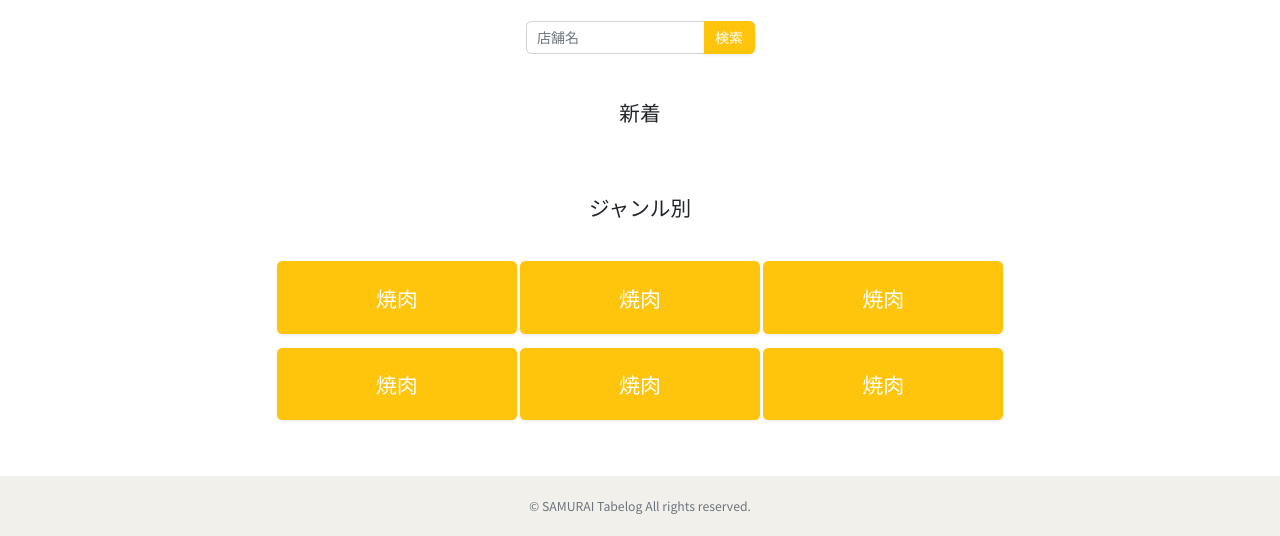
Repository: Mofu-Ya/springboot-tabelog-kadai
Page: http://localhost/index
An editor plug-in stored every save of this project. The page is shown before and after the next save, followed by the edit.
The browser window is 1280 px wide. The pictures show the part of the page from y = 373 to 909 px (the page is 909 px tall).
The page is this project's Thymeleaf template; nobody is signed in. The template is opened directly, without the code that normally fills it, so the values that code supplies are empty.

Above is the page before, as saved 2025-01-18 04:30:59.

After the next save:
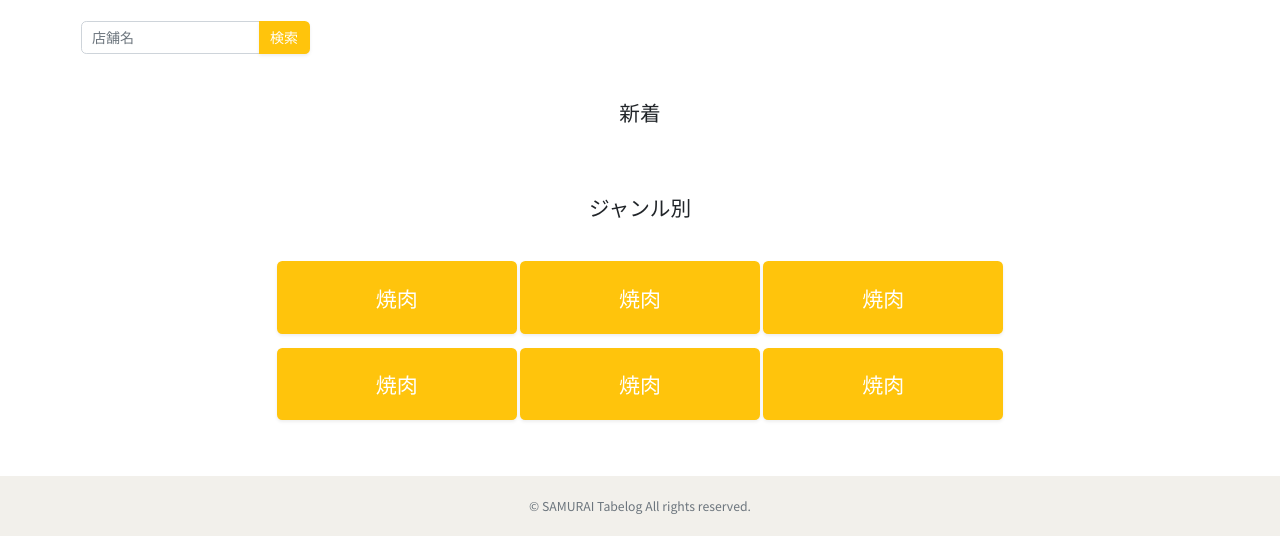
Saved 31 s later.
--- a/kadai_002/samuraitabelog/src/main/resources/templates/index.html
+++ b/kadai_002/samuraitabelog/src/main/resources/templates/index.html
@@ -34,7 +34,7 @@
 
 
 
-                     <div class="d-flex justify-content-center">
+                     <div class="d-flex ">
                          <form method="get" th:action="@{/restaurants}" class="mb-5 samuraitabelog-search-form">
                              <div class="input-group">
                                  <input type="text" class="form-control" name="keyword" th:value="${keyword}" placeholder="店舗名">
